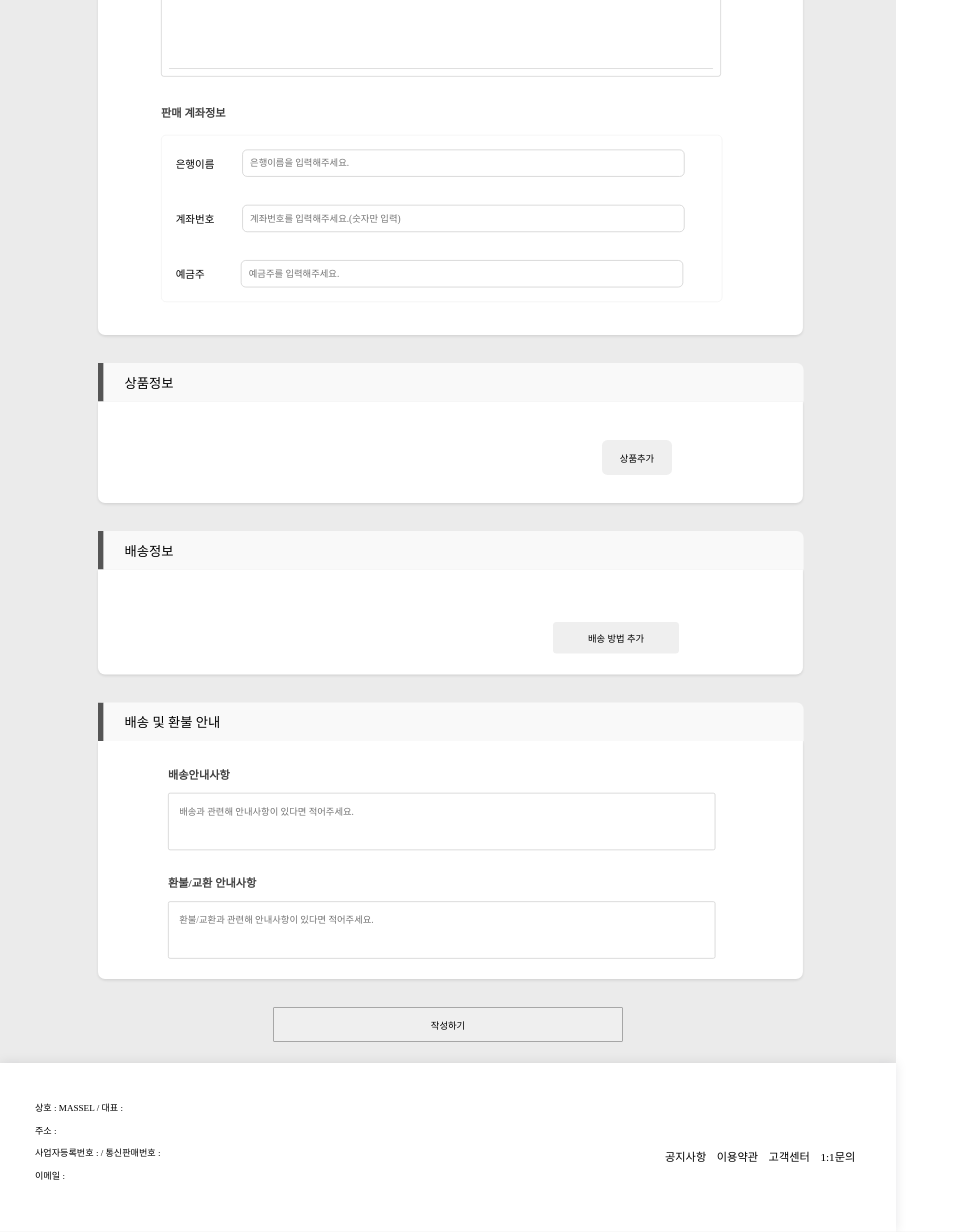
Repository: mmyyt/MASSEL
Page: http://localhost/MASSEL/WEB-INF/views/sale/saleEdit.jsp
The author's editor kept a copy of each file at every save. The page is drawn from the files as they stood at one save, then again after the next save.
The browser window is 1280 px wide. The page is 1400 px wide, so the pictures cover 1400 px, including what lies to the right of the window. The pictures show the part of the page from y = 1201 to 2961 px (the page is 2961 px tall), at 70% of full size.
Some web fonts or font styles are not loaded; a fallback is used. Some web libraries are served in a nearby version. The page is served by Tomcat 9. Nobody is signed in. The template is opened directly, without the code that normally fills it, so the values that code supplies are empty.

Above is the page before, as saved 2024-11-20 07:31:30.
Console error: SyntaxError: Unexpected token ';'

After the next save:
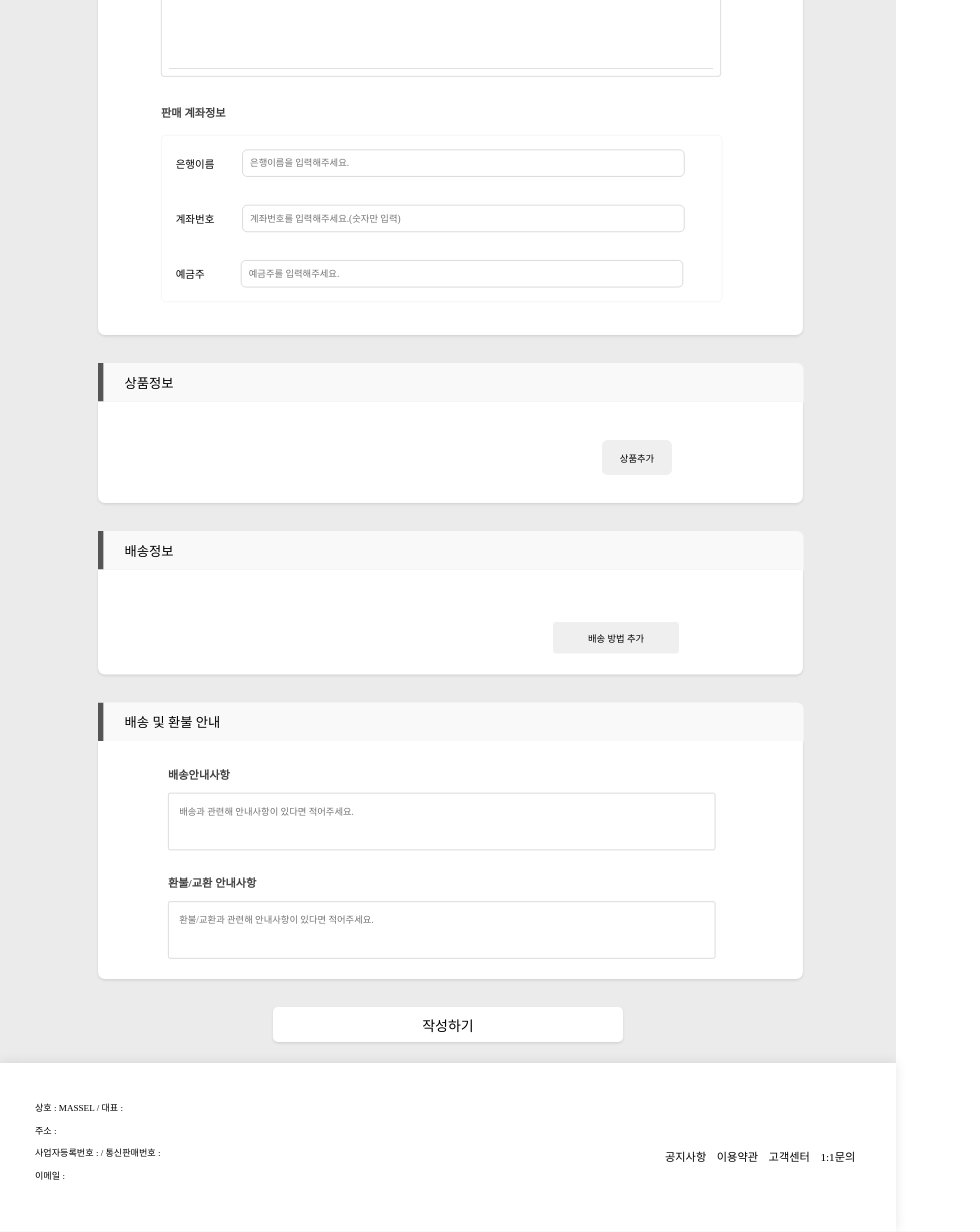
Saved 37 s later.
--- a/MASSEL/src/main/webapp/resources/css/saleEdit.css
+++ b/MASSEL/src/main/webapp/resources/css/saleEdit.css
@@ -755,13 +755,23 @@ cursor: default;
 	margin-bottom : 30px;
 	width: 500px;
 	height: 50px;
-/* 	align-content: center;
-	justify-content: center; */
+	background-color: white;
+	border-radius: 7px;
+	cursor: pointer;
+	border: none;
+	transition: background-color 0.3s ease, color 0.3s ease;
+	font-size: 20px;
+    box-shadow: 0px 2px 4px rgba(0, 0, 0, 0.1);
+}
+.submitBtn:hover{
+	background-color: #beaae9;
+	color: white;
 }
 
 .submitBtnWrapper{
 	display: flex;
 	justify-content: center;
+
 }
 
 
